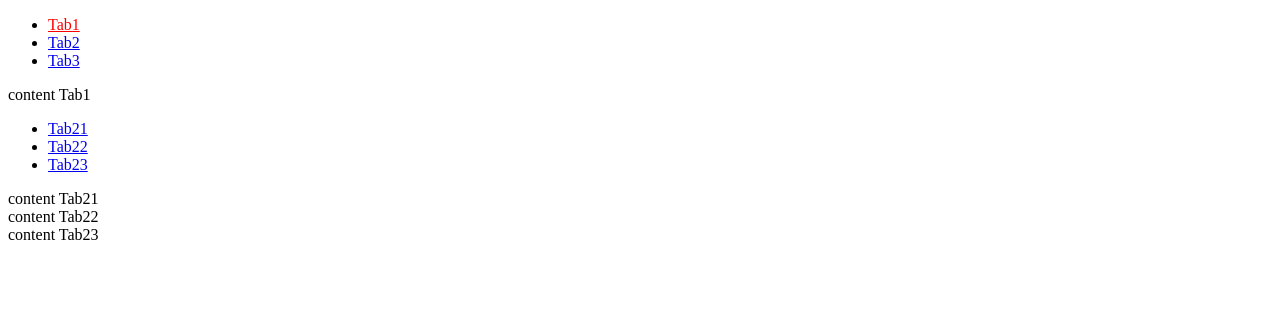
Repository: hoangan3526/tabzy
Page: index.html
An editor plug-in stored every save of this project. The page is shown before and after the next save, followed by the edit.
The browser window is 1280 px wide. The pictures show the whole page.

Above is the page before, as saved 2026-05-12 14:20:42.

After the next save:
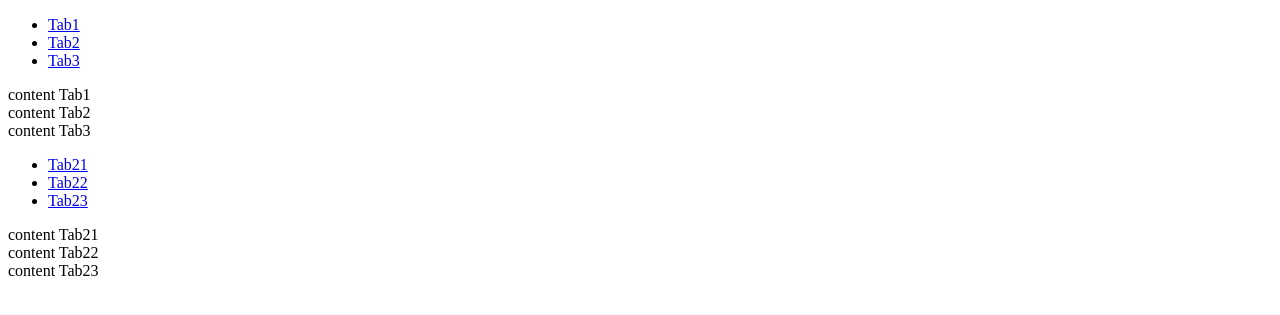
Console error: SyntaxError: Identifier 'tab' has already been declared
Saved 36 s later.
--- a/src/tabzy.js
+++ b/src/tabzy.js
@@ -85,5 +85,8 @@
 const tab = new Tabzy("#tabs", {
   remember: true,
 });
+const tab = new Tabzy("#tabs2", {
+  remember: true,
+});
 // tab.switch("#tab1");
 // tab.destroy();

After the save that followed:
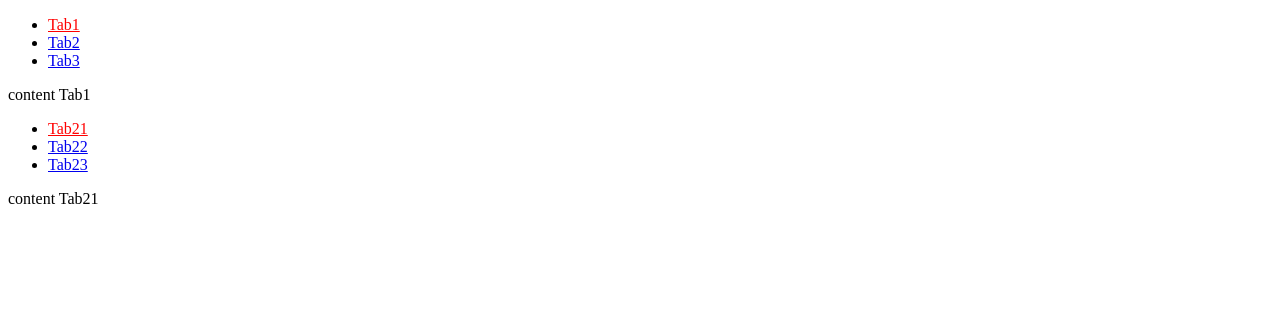
The error is gone.
Saved 12 s later.
--- a/src/tabzy.js
+++ b/src/tabzy.js
@@ -85,7 +85,7 @@
 const tab = new Tabzy("#tabs", {
   remember: true,
 });
-const tab = new Tabzy("#tabs2", {
+const tab2 = new Tabzy("#tabs2", {
   remember: true,
 });
 // tab.switch("#tab1");
